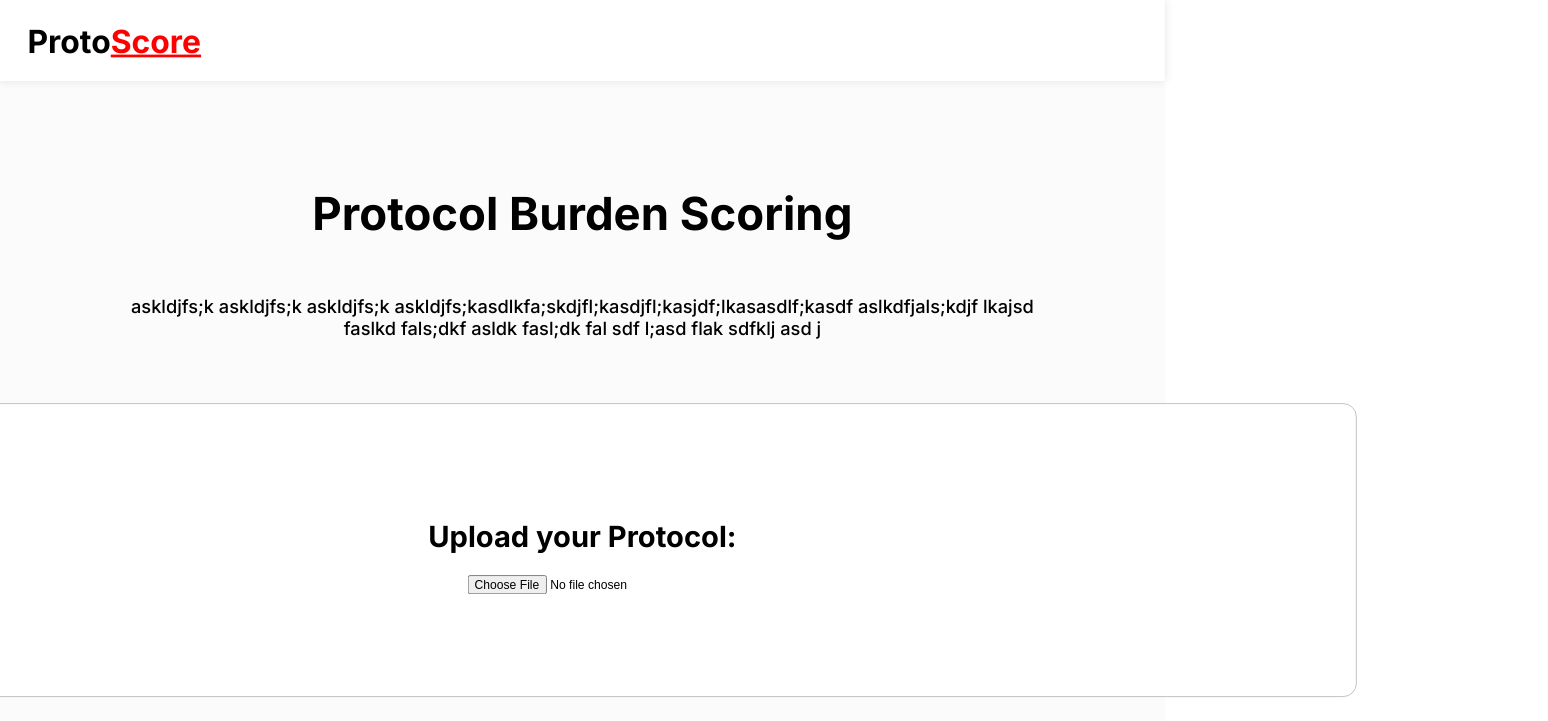
Repository: evanc108/Regeneron2024
Page: / (app in regeneron/)
These files come from the project's save history. The page is drawn as it stood at one moment and after the next save; the edit follows.
The browser window is 1280 px wide. The page is 1491 px wide, then 1701 px, then 1491 px, so the pictures cover 1701 px, including what lies to the right of the window. The pictures show the whole page, at 91% of full size.
The project was rebuilt for these pictures with package versions that can differ from the ones it lists, and the page was loaded fresh each time.

Above is the page before, as saved 2024-05-14 02:27:20.

After the next save:
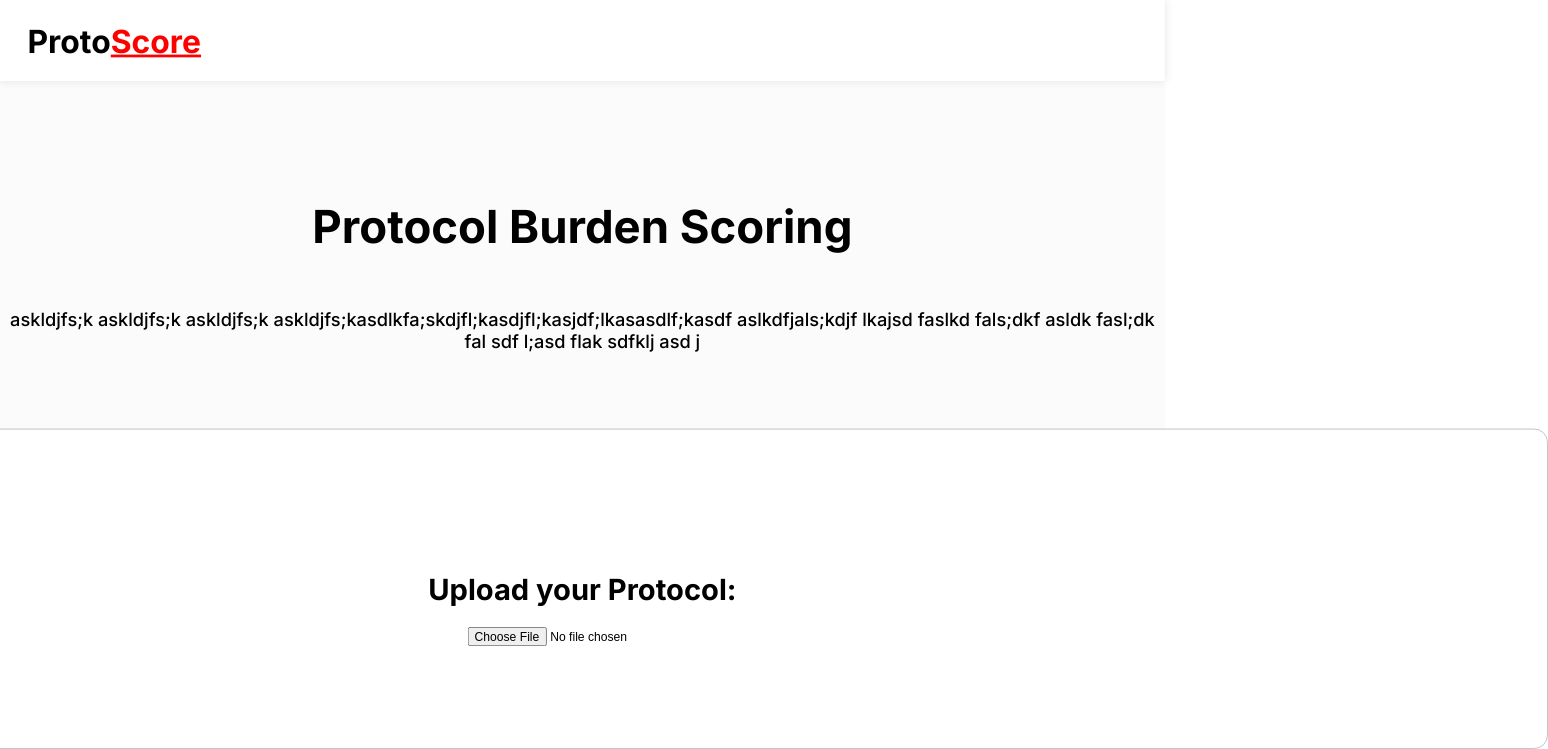
Saved 16 s later.
--- a/regeneron/src/pages/Feedback.js
+++ b/regeneron/src/pages/Feedback.js
@@ -41,7 +41,7 @@
                 <div style={{display:"flex", flexDirection:"column", justifyContent:"center", alignItems:"center", marginTop:"5%"}}>
                     <div className="onboarding">
                         <h1 style={{fontSize:"50px", marginBottom:"40px"}}>Protocol Burden Scoring</h1>
-                        <p style={{textOverflow: "ellipsis", whiteSpace: "normal", maxWidth: "1000px"}}>
+                        <p style={{textOverflow: "ellipsis", whiteSpace: "normal", maxWidth: "100%"}}>
                             askldjfs;k askldjfs;k askldjfs;k askldjfs;kasdlkfa;skdjfl;kasdjfl;kasjdf;lkasasdlf;kasdf aslkdfjals;kdjf lkajsd faslkd fals;dkf asldk fasl;dk fal sdf l;asd flak sdfklj asd j</p>
                     </div>
                     <div className='upload-file'>

After the 2 saves that followed:
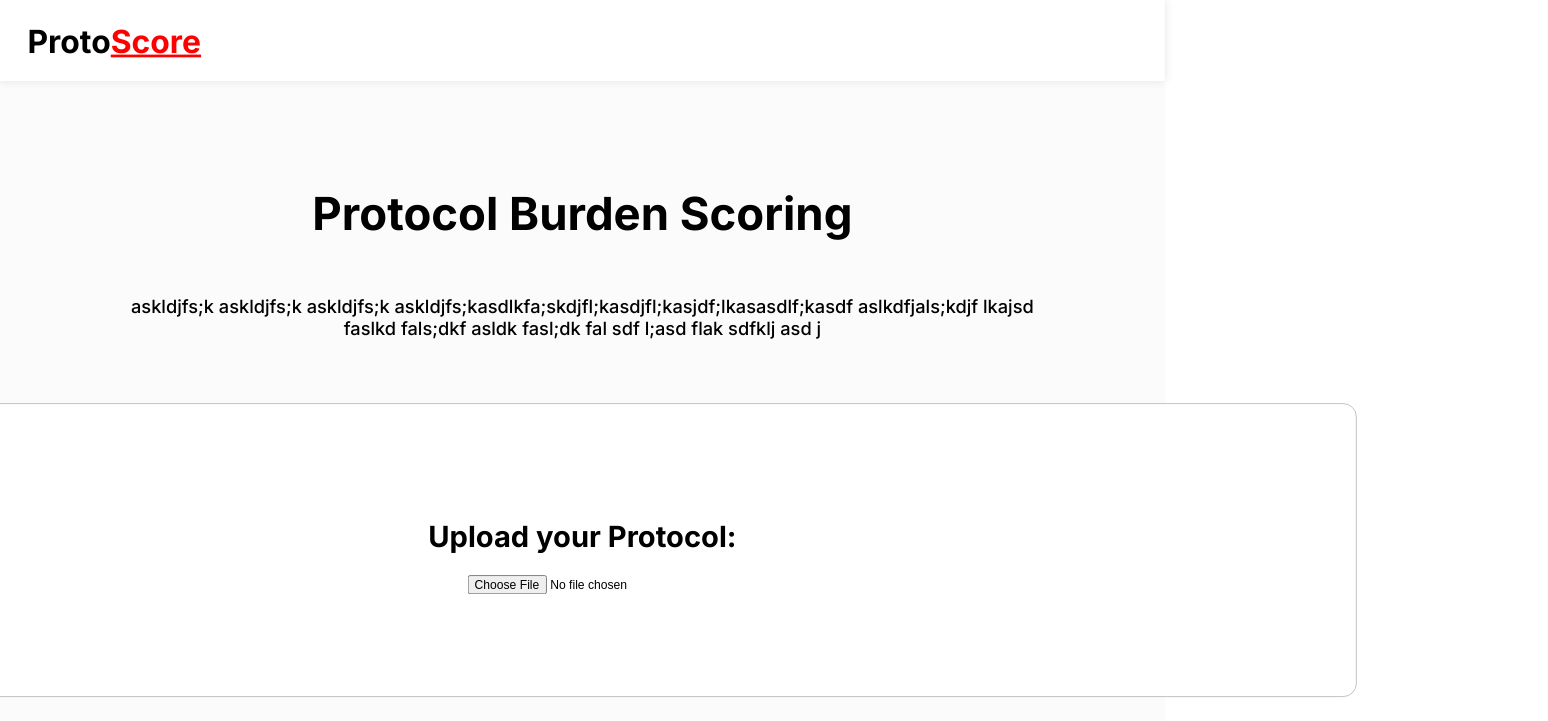
The 2 saves are shown as one change because they came seconds apart.
The last was saved 15 s later.
--- a/regeneron/src/pages/Feedback.js
+++ b/regeneron/src/pages/Feedback.js
@@ -41,7 +41,7 @@
                 <div style={{display:"flex", flexDirection:"column", justifyContent:"center", alignItems:"center", marginTop:"5%"}}>
                     <div className="onboarding">
                         <h1 style={{fontSize:"50px", marginBottom:"40px"}}>Protocol Burden Scoring</h1>
-                        <p style={{textOverflow: "ellipsis", whiteSpace: "normal", maxWidth: "100%"}}>
+                        <p style={{textOverflow: "ellipsis", whiteSpace: "normal", width: "1000px"}}>
                             askldjfs;k askldjfs;k askldjfs;k askldjfs;kasdlkfa;skdjfl;kasdjfl;kasjdf;lkasasdlf;kasdf aslkdfjals;kdjf lkajsd faslkd fals;dkf asldk fasl;dk fal sdf l;asd flak sdfklj asd j</p>
                     </div>
                     <div className='upload-file'>
